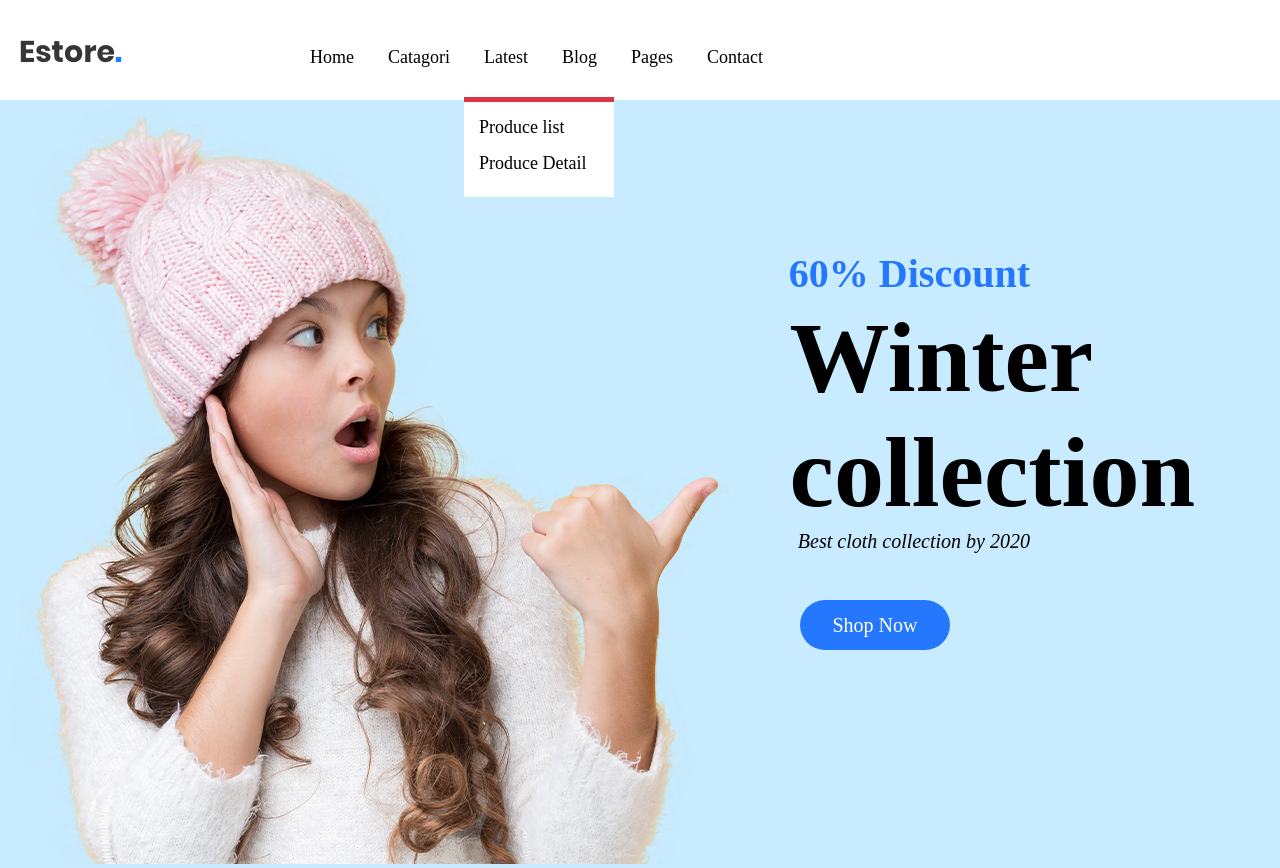
Repository: nhutduy0803/template1
Page: index.html
An editor plug-in stored every save of this project. The page is shown before and after the next save, followed by the edit.
The browser window is 1280 px wide. The pictures show the whole page.

Above is the page before, as saved 2021-12-02 21:07:59.

After the next save:
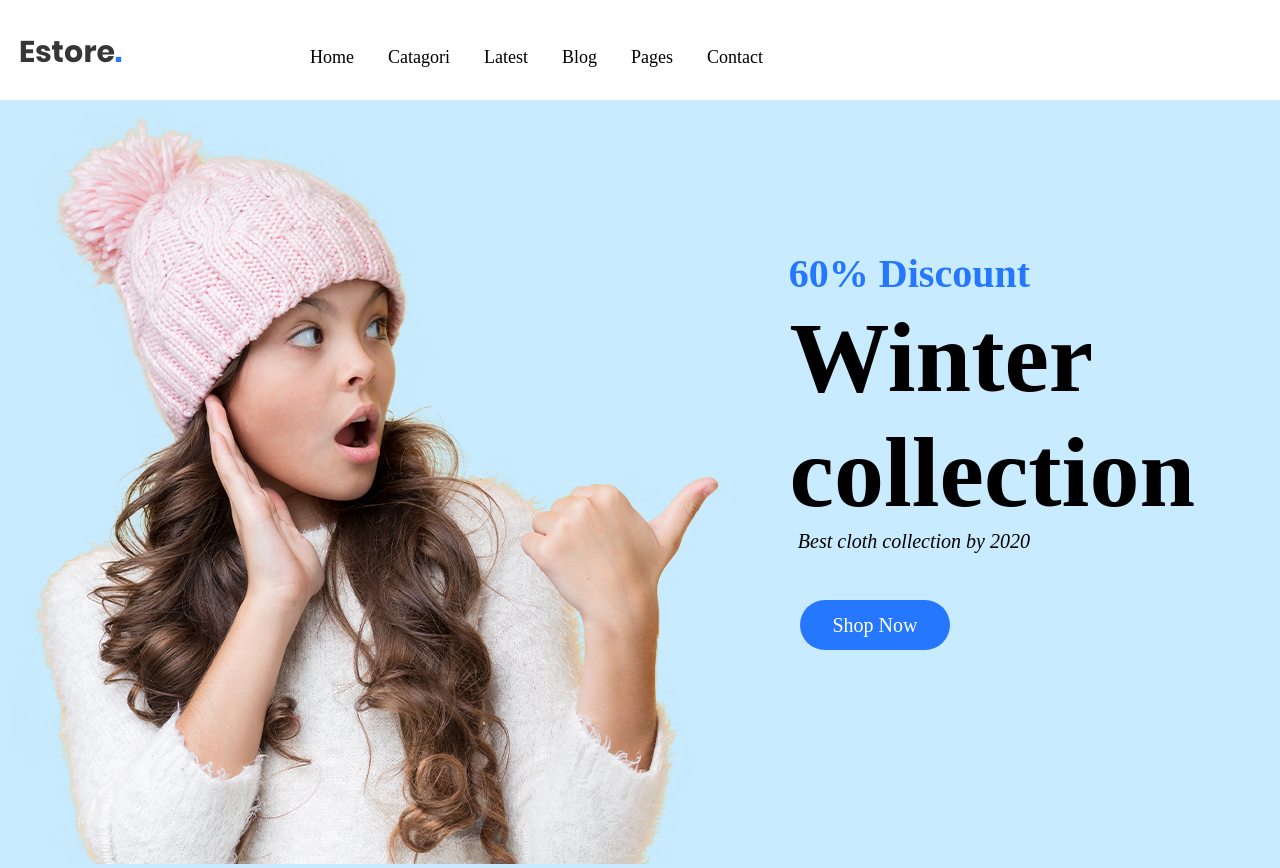
Saved 13 s later.
--- a/assets/css/style.css
+++ b/assets/css/style.css
@@ -124,4 +124,9 @@ html {
   background: #fff;
   width: 150px;
   height: 100px;
+  display: none;
 }
+
+.sub-nav.opensubnav {
+  display: none;
+}
